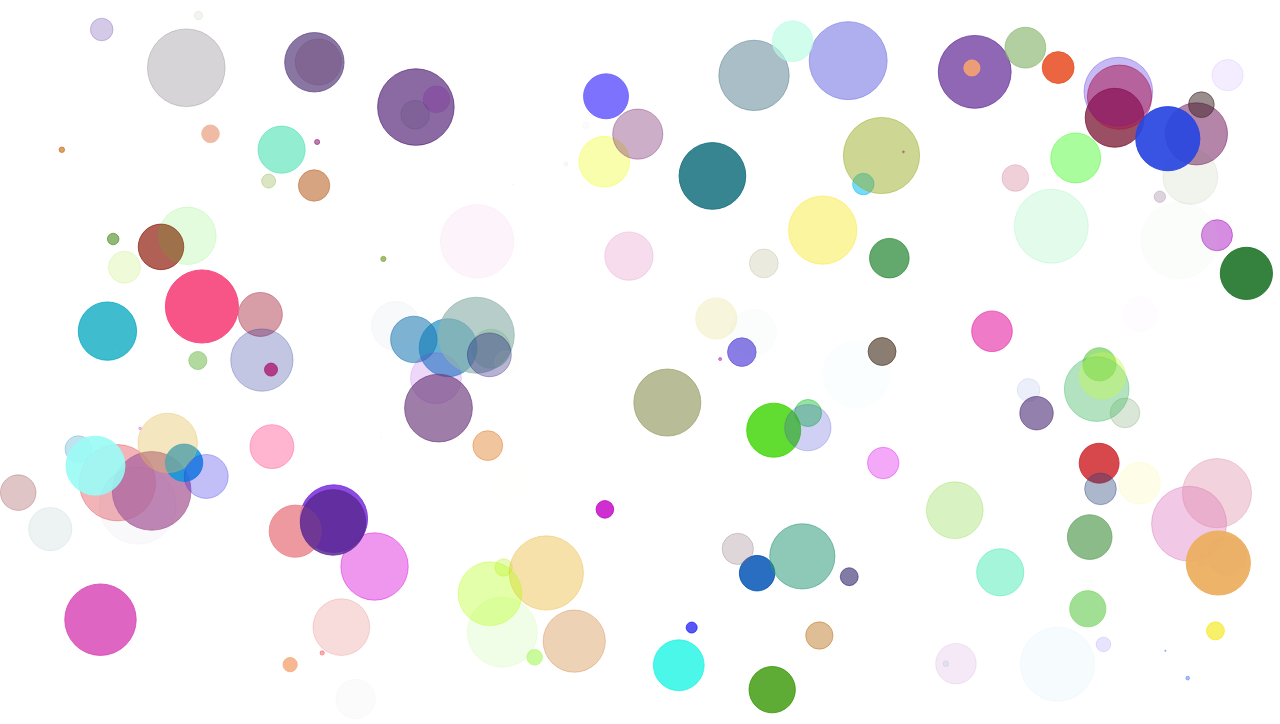
Repository: MikeTroianello/canvas-testing
Page: index.html
An editor plug-in stored every save of this project. The page is shown before and after the next save, followed by the edit.
The browser window is 1280 px wide. The pictures show the whole page.

Above is the page before, as saved 2019-06-05 16:42:11.

### index.html
<!DOCTYPE html>
<html lang="en">
  <head>
    <meta charset="UTF-8" />
    <meta name="viewport" content="width=device-width, initial-scale=1.0" />
    <meta http-equiv="X-UA-Compatible" content="ie=edge" />
    <link rel="stylesheet" type="text/css" href="style.css" />
    <title>Canvas</title>
  </head>
  <body>
    <canvas></canvas>
    <script src="canvas.js"></script>
  </body>
</html>

### style.css
body {
  margin: 0;
}

/* canvas {
  border: 1px solid black;
} */

### canvas.js
var canvas = document.querySelector('canvas');
console.log(canvas);

canvas.width = window.innerWidth;
canvas.height = window.innerHeight;

var ctx = canvas.getContext('2d');

// for (let i = 0; i < canvas.width; i++) {
//   ctx.fillStyle = `rgba(${i}, ${i}, ${i * 30}, 1)`;
//   ctx.fillRect(i * 100, i * 100, 100, 100);
// }

//Line

// ctx.beginPath();
// ctx.moveTo(50, 300);
// ctx.lineTo(300, 100);
// ctx.lineTo(400, 300);
// ctx.strokeStyle = 'blue';
// ctx.stroke();

//arc
// ctx.beginPath();
// ctx.arc(300, 300, 30, 0, Math.PI * 2, false);
// ctx.strokeStyle = 'red';
// ctx.stroke();

// for (let i = 0; i < 1009; i++) {
//   var x = Math.random() * window.innerWidth;
//   var y = Math.random() * window.innerHeight;
//   var r = Math.floor(Math.random() * 255);
//   ctx.beginPath();
//   ctx.arc(x, y, 30, 0, Math.PI * 2, false);
//   ctx.strokeStyle = `rgba(${Math.floor(Math.random() * 255)},${Math.floor(
//     Math.random() * 255
//   )},${Math.floor(Math.random() * 255)}, ${Math.random()}`;
//   ctx.stroke();
// }

//MOVING CIRCLE

class Circle {
  constructor(x, y, dx, dy, radius, color) {
    this.x = x;
    this.y = y;
    this.dx = dx;
    this.dy = dy;
    this.radius = radius;
    this.color = color;
    this.draw = function() {
      ctx.beginPath();
      ctx.arc(this.x, this.y, this.radius, 0, Math.PI * 2, false);
      ctx.strokeStyle = this.color;
      ctx.stroke();
      ctx.fillStyle = this.color;
      ctx.fill();
    };
    this.update = function() {
      if (this.x + radius >= innerWidth || this.x - radius <= 0) {
        this.dx = -this.dx;
      }
      if (this.y + radius >= innerHeight || this.y - radius <= 0) {
        this.dy = -this.dy;
      }
      this.x += this.dx;
      this.y += this.dy;

      this.draw();
    };
  }
}

var circleArray = [];

for (let i = 0; i < 150; i++) {
  let r = Math.random() * 40;
  // let r = 30;
  let x = Math.random() * (innerWidth - r * 2) + r;
  let y = Math.random() * (innerHeight - r * 2) + r;
  let dx = (Math.random() - 0.5) * 5;
  let dy = (Math.random() - 0.5) * 5;
  let color = `rgba(${Math.floor(Math.random() * 255)},${Math.floor(
    Math.random() * 255
  )},${Math.floor(Math.random() * 255)}, ${Math.random()}`;
  circleArray.push(new Circle(x, y, dx, dy, r, color));
}

console.log(circleArray);

function animate() {
  requestAnimationFrame(animate);
  ctx.clearRect(0, 0, innerWidth, innerHeight);

  for (let i = 0; i < circleArray.length; i++) {
    circleArray[i].update();
  }
}

animate();

After the next save:
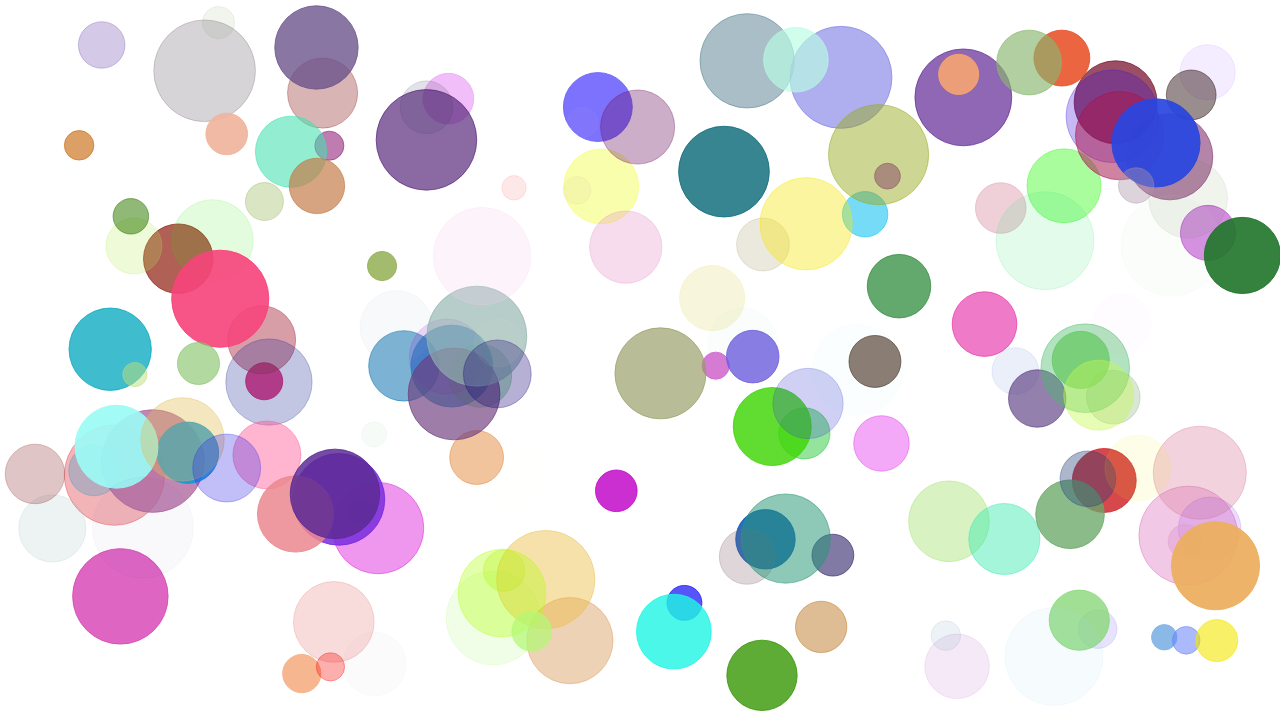
Saved 8 s later.
--- a/canvas.js
+++ b/canvas.js
@@ -74,7 +74,7 @@ class Circle {
 var circleArray = [];
 
 for (let i = 0; i < 150; i++) {
-  let r = Math.random() * 40;
+  let r = Math.random() * 40 + 12;
   // let r = 30;
   let x = Math.random() * (innerWidth - r * 2) + r;
   let y = Math.random() * (innerHeight - r * 2) + r;
